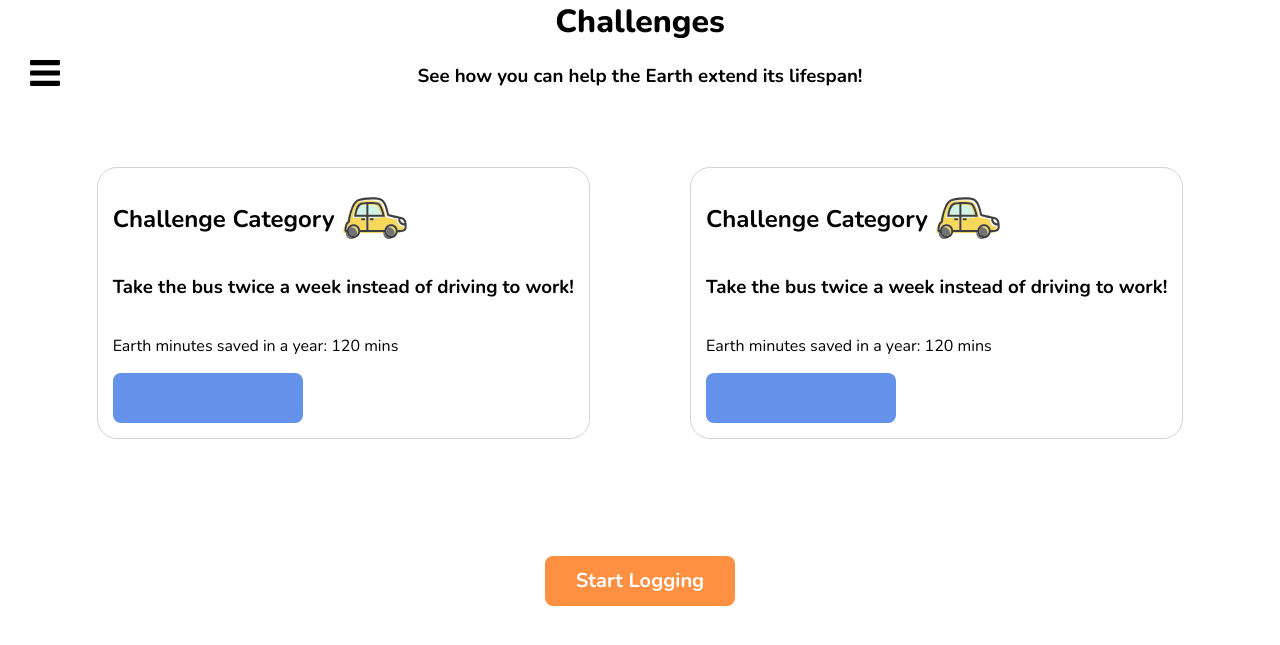
Repository: cho196/Timearth
Page: /challenges
The author's editor kept a copy of each file at every save. The page is drawn from the files as they stood at one save, then again after the next save.
The browser window is 1280 px wide. The pictures show the whole page.
The project was rebuilt for these pictures with package versions that can differ from the ones it lists, and the page was loaded fresh each time. The framework's server and built-in components were replaced by stand-ins that run in the browser. Also part of the build but not shown: next.config.js.

Above is the page before, as saved 2022-04-12 22:15:04.

### pages/challenges.js
import ChallengeCont from "../comps/Challenge_cont";
import Layout from "../comps/Layout/page"

export default function Challenges() {
    return <div>
    <Layout></Layout>
    <h1>Challenges</h1>
        <h3>See how you can help the Earth
extend its lifespan!</h3>
        <div class="challenges">
        <ChallengeCont></ChallengeCont>
        <ChallengeCont></ChallengeCont>
        </div>
    </div>
}

### styles/globals.css
@import url('https://fonts.googleapis.com/css2?family=Nunito:wght@400;500;600;700;800&display=swap');

html,
body {
  padding: 0;
  margin: 0;
  font-family: 'Nunito', sans-serif;
  text-align: center;
}

a {
  color: inherit;
  text-decoration: none;
}

* {
  box-sizing: border-box;
}

h1 {
    font-weight: 800;
    font-size: 32px;
    line-height: 44px;
    width: 90%;
    margin:auto;
}

h4 {
    font-weight: 400;
    font-size: 18px;
    line-height: 25px;
    margin-top: 0;
    width: 90%;
}

button {
    font-family: 'Nunito', sans-serif;
    border: none;
    font-style: normal;
    cursor: pointer;
}

.logomark {
    width: 12em;
    height: 12em;
    margin-top: 2em;
}

.background-shape {
    position: absolute;
    bottom: 0;
    height: 30%;
    width: 100%;
    border-radius: 50% 50% 0 0;
    background-color: #6B97ED;
    z-index: -1;
}

.section-selection {
    display: flex;
    flex-wrap: wrap;
    justify-content: center;
}

/* challenges */
.challenges {
    display:flex;
    flex-wrap:wrap;
    justify-content: center;
    padding:10px;
}
.challenge-heading {
    display:flex;
    justify-content:space-between;
}
.challenge-h2 {
    padding-right:5px;
}
@media only screen and (max-width: 600px) and (max-height: 750px){
    .logomark {
        width: 10em;
        height: 10em;
        margin-top: 0.5em;
    }

    h1 {
        font-size: 24px;
    }

    h4 {
        font-size: 16px;
    }

}

### comps/Challenge_cont.js
import { useRouter } from "next/router";
import styled from 'styled-components';
import { cat1, cat2, cat3, cat4, cat5, cat6 } from "../data/intro_content";
import { SecondaryButton } from "./Button";


const Challenge_cont = styled.div`
border:1px solid lightgrey;
border-radius:20px;
display:flex;
flex-direction:column;
align-items:flex-start;
margin:50px;
padding:15px;
`


export function ChallengeHeading() {
    return <div class="challenge-heading">
       <h2 class="challenge-h2">Challenge Category</h2>
        <img class="challenge-img" src={cat1.img} />
    </div>
}

export default function ChallengeCont() {
    return <Challenge_cont>
        <ChallengeHeading />
        <h3>Take the bus twice a week instead of driving to work!</h3>
        <p>Earth minutes saved in a year: 120 mins</p>
        <SecondaryButton></SecondaryButton>
    </Challenge_cont>
}

### comps/Layout/page.js
import { useRouter } from "next/router";
import styled from 'styled-components';
import Menu from "../Menu";
import { PrimaryButton } from '../Button'

const LayoutComp = styled.div`
    display: flex;
    flex-direction: column;
    justify-content: center;
    align-items: center;
`

export default function Layout() {

    return (
        <LayoutComp>
            <Menu />
            <PrimaryButton/>
        </LayoutComp>
    )
}

### data/intro_content.js
export const PageTitle ="Let’s Start!"

export const cat1 = {
    title: "Transportation",
    img: "/transportation.svg"
}

export const cat2 = {
    title: "Food",
    img: "/food.svg"
}

export const cat3 = {
    title: "Water",
    img: "/water.svg"
}

export const cat4 = {
    title: "Electricity",
    img: "/electricity.svg"
}

export const cat5 = {
    title: "Waste",
    img: "/waste.svg"
}

export const cat6 = {
    title: "Shopping",
    img: "/shopping.svg"
}

### comps/Button.js
import { BtnStyle, BtnText, TextBtnStyle } from "../data/index_content"
import { useRouter } from "next/router";
import styled from 'styled-components';

const Button = styled.button`
    background-color: ${props => BtnStyle[props.BtnStyle].bgcolor};
    color: ${props => BtnStyle[props.BtnStyle].txtcolor};
    font-weight: 700;
    font-size: 20px;
    line-height: 27px;
    border-radius: 8px;
    width: 190px;
    height: 50px;
    bottom: 15.88%;
    position: absolute;
`
const TextButton = styled.div`
    display: flex;
    position: absolute;
    font-style: normal;
    font-weight: 700;
    font-size: 18px;
    line-height: 25px;
    cursor: pointer;
    left: ${props => TextBtnStyle[props.TextBtnStyle].left};
    right: ${props => TextBtnStyle[props.TextBtnStyle].right};
    top: 45px;
    color: ${props => TextBtnStyle[props.TextBtnStyle].color}
`
const StartButton = styled.button`
    background-color: ${props => BtnStyle[props.BtnStyle].bgcolor};
    color: ${props => BtnStyle[props.BtnStyle].txtcolor};
    font-weight: 700;
    font-size: 20px;
    line-height: 27px;
    border-radius: 8px;
    width: 190px;
    height: 50px;
`

export function BackButton() {
    const r = useRouter();

    return <TextButton
        TextBtnStyle="back"
        onClick={
            () => {
                r.replace(
                    {
                        pathname: "/intro"
                    }
                )
            }
        }>
        <img src ="../chevronleft.svg"></img>
        {BtnText.back}
    </TextButton>
}

export function SkipButton() {
    // const r = useRouter();

    return <TextButton
        TextBtnStyle = "skip">
        {BtnText.skip}
    </TextButton>
}

export function CTAButton() {
    const r = useRouter();

    return <Button
        BtnStyle="white"
        onClick={
            () => {
                r.replace(
                    {
                        pathname: "/intro"
                    }
                )
            }
        }
    >{BtnText.index}
    </Button>
}

export function PrimaryButton() {
    const r = useRouter();
    return <Button
        BtnStyle="orange"
        onClick={
            () => {
                r.replace(
                    {
                        pathname: "/questions"
                    }
                )
            }
        }
    >{BtnText.intro}
    </Button>
}

export function NextButton() {
    const r = useRouter();

    return <Button
        BtnStyle="white"
        onClick={
            () => {
                r.replace(
                    {
                        pathname: "/intro"
                    }
                )
            }
        }
    >{BtnText.next}
    </Button>
}

export function SecondaryButton() {
    const r = useRouter();

    return <StartButton
        BtnStyle="blue"
        onClick={
            () => {
                r.replace(
                    {
                        pathname: "./"
                    }
                )
            }
        }
    >{BtnText.start}
    </StartButton>
}

### comps/Menu.js
import { useRouter } from "next/router";
import styled from 'styled-components';

const Hamburger = styled.img`
    position: absolute;
    width: 30px;
    height: 26px;
    left: 30px;
    top: 60px;
    cursor: pointer;
`

export default function Menu() {

    return <Hamburger
        src="/hamburger.svg"
        alt="Hamburger Menu"
        onClick={
            () => {

            }
        }
    />

}

### data/index_content.js
export const PageTitle = "It’s time to log your changes!";

export const TextBtnStyle = {
    back: {
        color: "#000000",
        left: "14px"

    },

    skip: {
        color: "#BFBFBF",
        right: "30px"
    }
}

export const BtnStyle = {
    blue: {
        bgcolor: "#6491E9",
        txtcolor: "#FFFFFF"
    },

    orange: {
        bgcolor: "#FF9042",
        txtcolor: "#FFFFFF"
    },

    white: {
        bgcolor: "#FFFFFF",
        txtcolor: "#000000"
    },

    inactive: {
        bgcolor: "#DADADA",
        txtcolor: "#FFFFFF"
    }
}

export const BtnText = {
    index: "Get Started",
    intro: "Start Logging",
    next: "Next",
    back: "Back",
    skip: "Skip"
}

Loaded but not shown: pages/_app.js (common file)

After the next save:
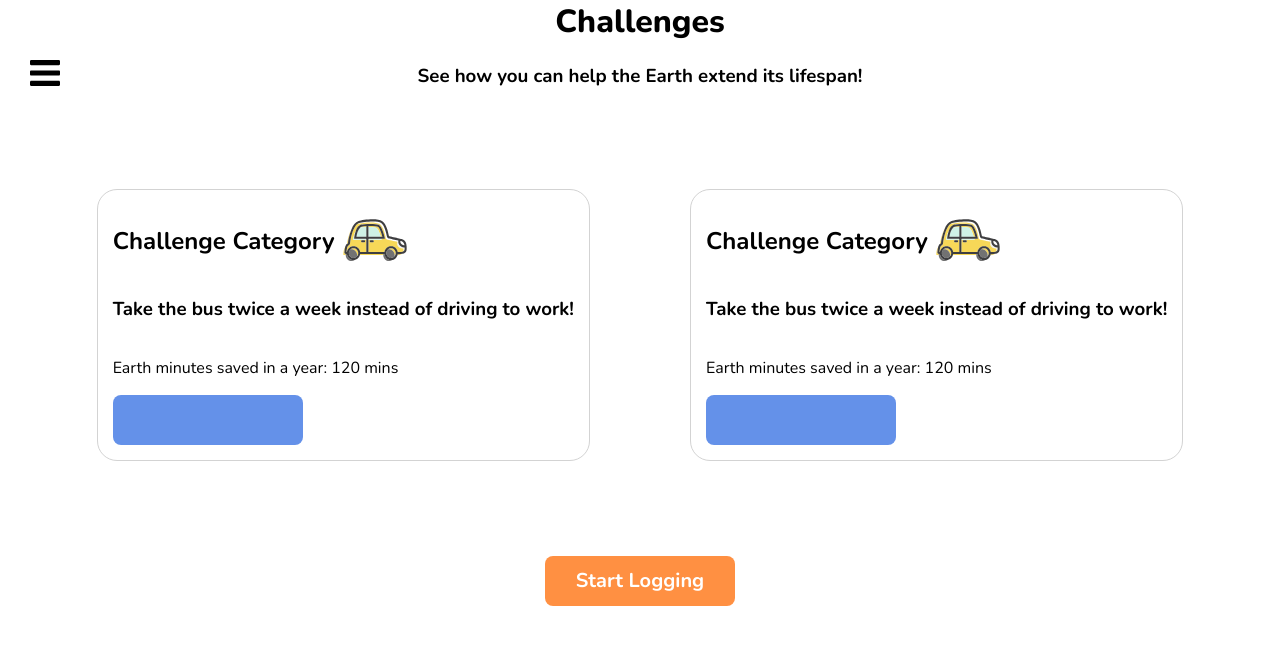
Saved 5 s later.
--- a/styles/globals.css
+++ b/styles/globals.css
@@ -67,7 +67,7 @@ button {
     display:flex;
     flex-wrap:wrap;
     justify-content: center;
-    padding:10px;
+    padding:2em;
 }
 .challenge-heading {
     display:flex;
